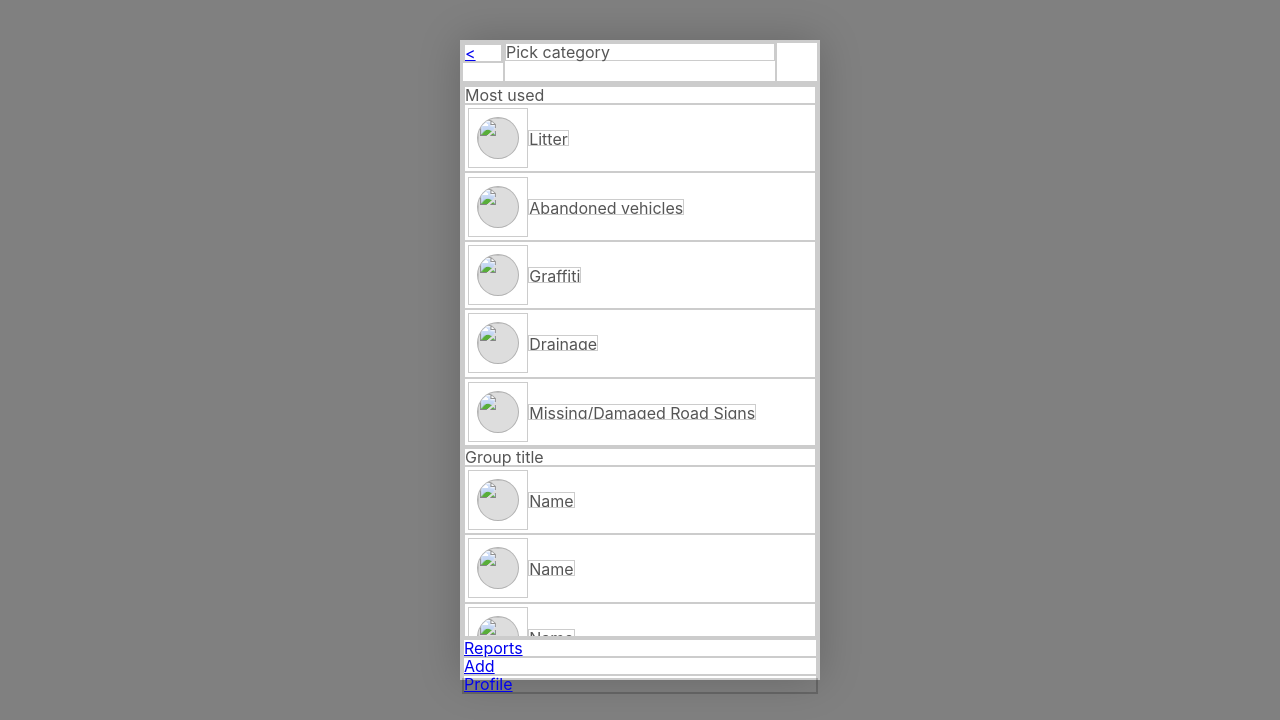
Repository: aleksandrenko/html-css-playground
Page: add report.html
An editor plug-in stored every save of this project. The page is shown before and after the next save, followed by the edit.
The browser window is 1280 px wide. The pictures show the whole page.

Above is the page before, as saved 2018-01-18 18:30:43.

### add report.html
<!DOCTYPE html>
<html lang="en">
<head>
  <meta charset="UTF-8">
  <link rel="stylesheet" href="./css/shared.css">
  <link rel="stylesheet" href="./css/pages/categories.css">
</head>
<body>

<app>
  <header>
    <left>
      <history-control>
        <a href="#"><</a>
      </history-control>
    </left>
    <middle>
      <page-name>Pick category</page-name>
    </middle>
    <right></right>
  </header>
  <main>
    <categories>
      <group>
        <title>Most used</title>
        <category>
            <picture><img src="./" alt=""></picture>
            <name>Litter</name>
          </category>
          <category>
            <picture><img src="./" alt=""></picture>
            <name>Abandoned vehicles</name>
          </category>
          <category>
            <picture><img src="./" alt=""></picture>
            <name>Graffiti</name>
          </category>
          <category>
            <picture><img src="./" alt=""></picture>
            <name>Drainage</name>
          </category>
          <category>
            <picture><img src="./" alt=""></picture>
            <name>Missing/Damaged Road Signs</name>
          </category>
      </group>

      <group>
          <title>Group title</title>
          <category>
              <picture><img src="./" alt=""></picture>
              <name>Name</name>
            </category>
            <category>
              <picture><img src="./" alt=""></picture>
              <name>Name</name>
            </category>
            <category>
              <picture><img src="./" alt=""></picture>
              <name>Name</name>
            </category>
            <category>
              <picture><img src="./" alt=""></picture>
              <name>Name</name>
            </category>
            <category>
              <picture><img src="./" alt=""></picture>
              <name>Name</name>
            </category>
            <category>
              <picture><img src="./" alt=""></picture>
              <name>Name</name>
            </category>
            <category>
              <picture><img src="./" alt=""></picture>
              <name>Name</name>
            </category>
            <category>
              <picture><img src="./" alt=""></picture>
              <name>Name</name>
            </category>
            <category>
              <picture><img src="./" alt=""></picture>
              <name>Name</name>
            </category>
            <category>
              <picture><img src="./" alt=""></picture>
              <name>Name</name>
            </category>
            <category>
              <picture><img src="./" alt=""></picture>
              <name>Name</name>
            </category>
        </group>
    </categories>
  </main>
  <footer>
    <nav>
      <a href="#">Reports</a>
      <a href="#">Add</a>
      <a href="report.html">Profile</a>
    </nav>
  </footer>
</app>

</body>
</html>

### css/shared.css
@import "config.css";
@import "reset.css";
@import "global.css";

@import "debug.css";

@import "layout.css";

### css/pages/categories.css
categories {
}

categories group category {
  padding: 0.2rem;
  display: flex;
  flex-direction: row;
  align-items: center;
}

categories group picture img {
  display: block;
  width: 42px;
  height: 42px;
  background: #ddd;
  border-radius: 50%;
  margin: 0.5rem;
}

categories group name {
  overflow: hidden;
  text-overflow: ellipsis;
  height: 1rem;
}

### index.html
<!DOCTYPE html>
<html lang="en">
<head>
  <meta charset="UTF-8">
  <link rel="stylesheet" href="./css/shared.css">
  <link rel="stylesheet" href="./css/pages/splash.css">
</head>
<body>

<app>
  <splash>
    <h1>Ready to report?</h1>
    <h2>Report, track and discuss local problems!</h2>
    <login-button><a href="reports.html">Facebook</a></login-button>
  </splash>
</app>

</body>
</html>

### css/config.css
:root {
    --header-height: 42px;
    --footer-height: 42px;

    --min-width: 320px;
    --min-height: 460px;

    --text-global-color: #555;
    --text-global-font: "SF Pro Display", "SF Pro Icons", "Helvetica Neue", "Helvetica", "Roboto", "Arial" ,sans-serif;
}

### css/reset.css
html, body, div, span,
h1, h2, h3, h4, h5, h6, p,
a, abbr, acronym, address, img,
small, strike, strong,
b, u, i, center, ol, ul, li,
fieldset, form, label, footer, header,
menu, nav, section {
    margin: 0;
    padding: 0;
    border: 0;
    font-size: 100%;
    font: inherit;
    vertical-align: baseline;
}
/* HTML5 display-role reset for older browsers */
article, aside, details, figcaption, figure,
footer, header, hgroup, menu, nav, section {
    display: block;
}
body {
    line-height: 1;
}
ol, ul {
    list-style: none;
}

### css/global.css
body {
    min-height: var(--min-height);
    min-width: var(--min-width);
}

* {
    box-sizing: border-box;
    display: block;
}

app {
    font-family: var(--text-global-font);
    font-size: 1rem;
    color: var(--text-global-color);
    background: white;

}

### css/debug.css

body {
  background: gray;
}

body * {
  border: solid 1px rgba(0,0,0,0.2);
}

app {
  width: 360px;
  height: 640px;
  box-shadow: 0 0 40px rgba(0, 0, 0, .2);

  top: 50% !important;
  left: 50% !important;
  bottom: auto;
  right: auto;
  transform: translate(-50%, -50%);
}

### css/layout.css
app {
  display: flex;
  flex-direction: column;
  position: fixed;
  top: 0;
  bottom: 0;
  left: 0;
  right: 0;
}

/* app header */

app header {
  display: flex;
  height: 42px;
}

app header left {
  width: 42px;
}

app header middle {
  flex: 1;
}

app header right {
  width: 42px;
}

/* app main */

app main {
  flex: 1;
  position: relative;
  overflow: hidden;
}

/* app footer */

app footer {
  height: 42px;
}

After the next save:
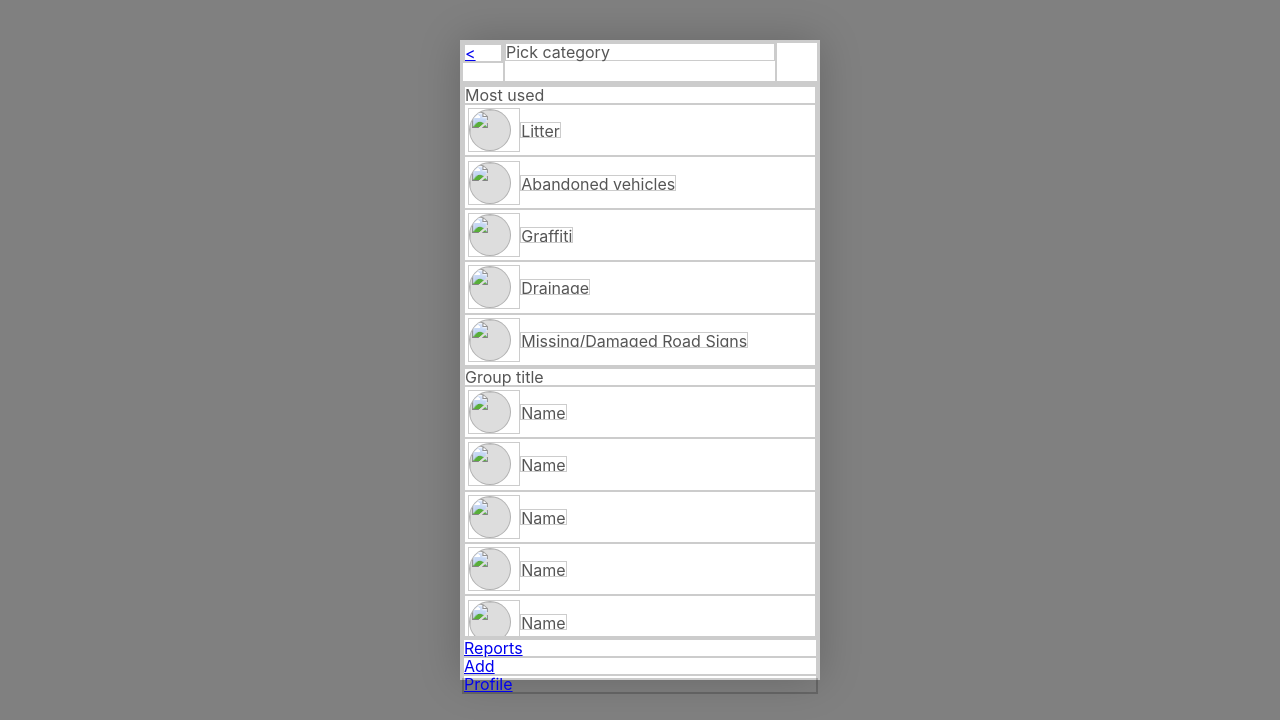
Saved 6 s later.
--- a/css/pages/categories.css
+++ b/css/pages/categories.css
@@ -14,7 +14,7 @@ categories group picture img {
   height: 42px;
   background: #ddd;
   border-radius: 50%;
-  margin: 0.5rem;
+  margin-right: 0.5rem;
 }
 
 categories group name {
